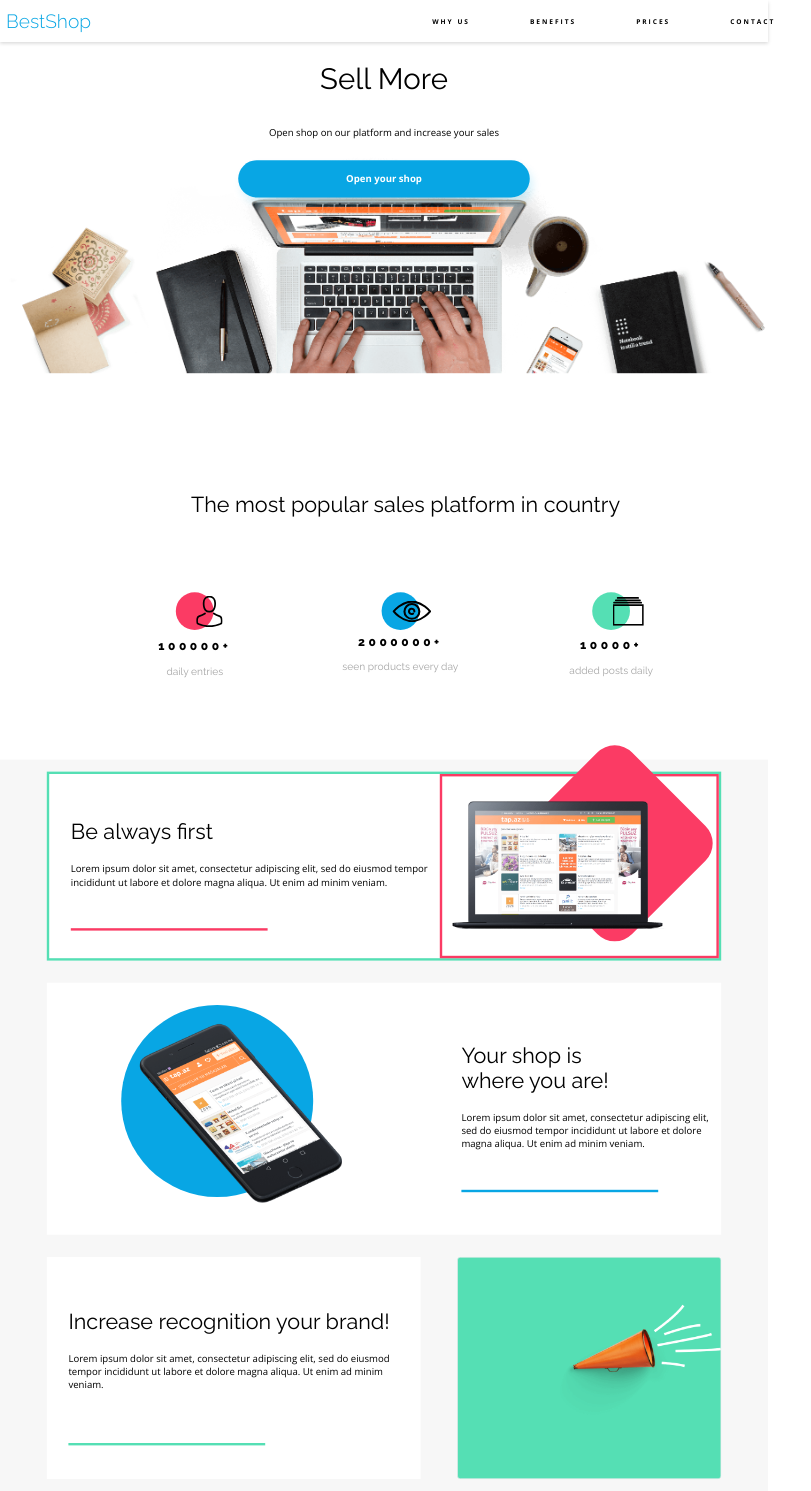
Repository: Widzisz/bestshop-website
Page: index.html
An editor plug-in stored every save of this project. The page is shown before and after the next save, followed by the edit.
The browser window is 1280 px wide. The page is 1352 px wide, so the pictures cover 1352 px, including what lies to the right of the window. The pictures show the whole page, at 60% of full size.

Above is the page before, as saved 2021-03-20 11:19:12.

After the next save:
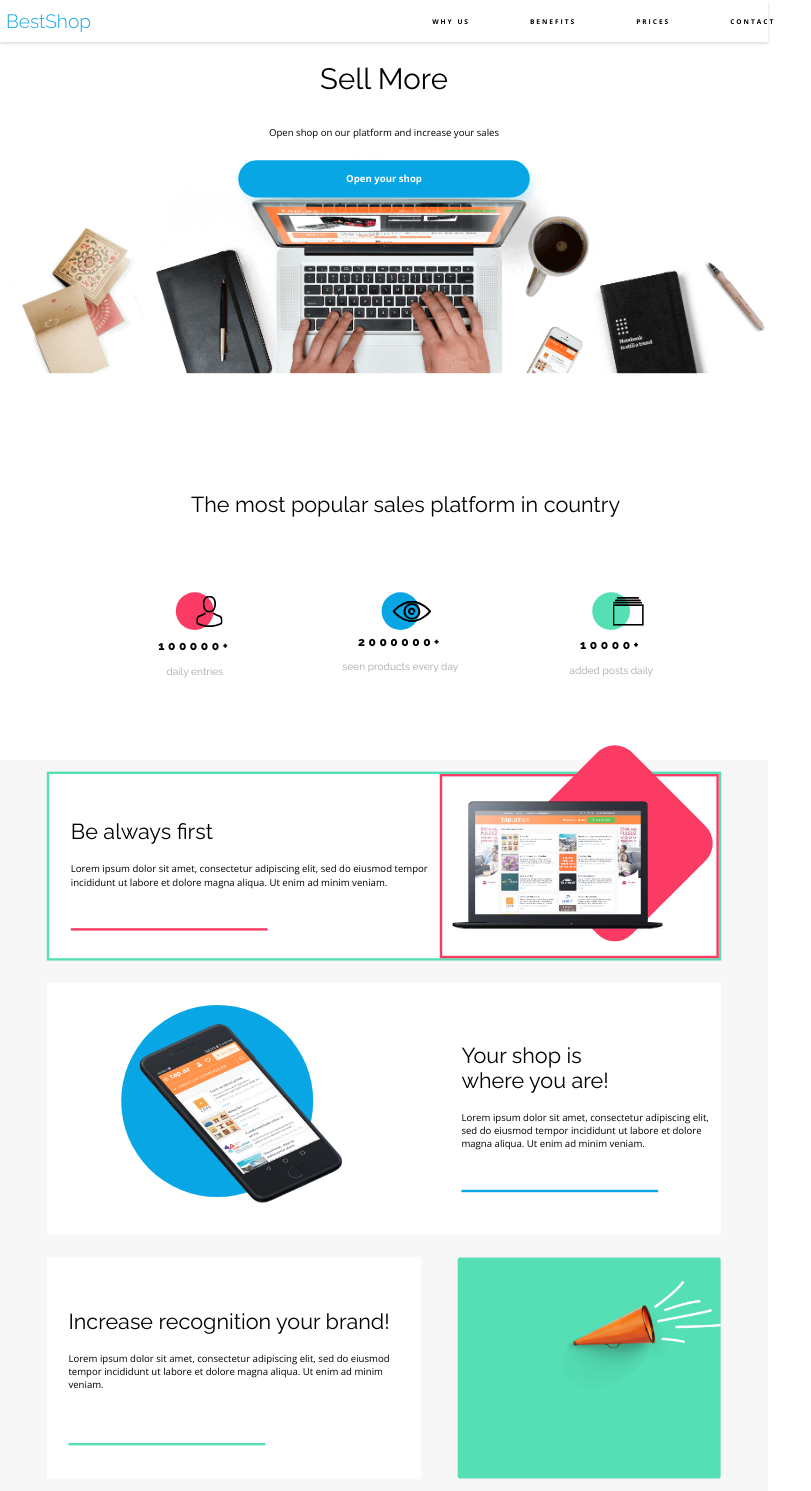
Saved 11 s later.
--- a/css/style.css
+++ b/css/style.css
@@ -445,6 +445,7 @@
   height: 208px;
   background: transparent;
   position: relative;
+  bottom: 40px;
   z-index: 1;
 }
 

After the save that followed:
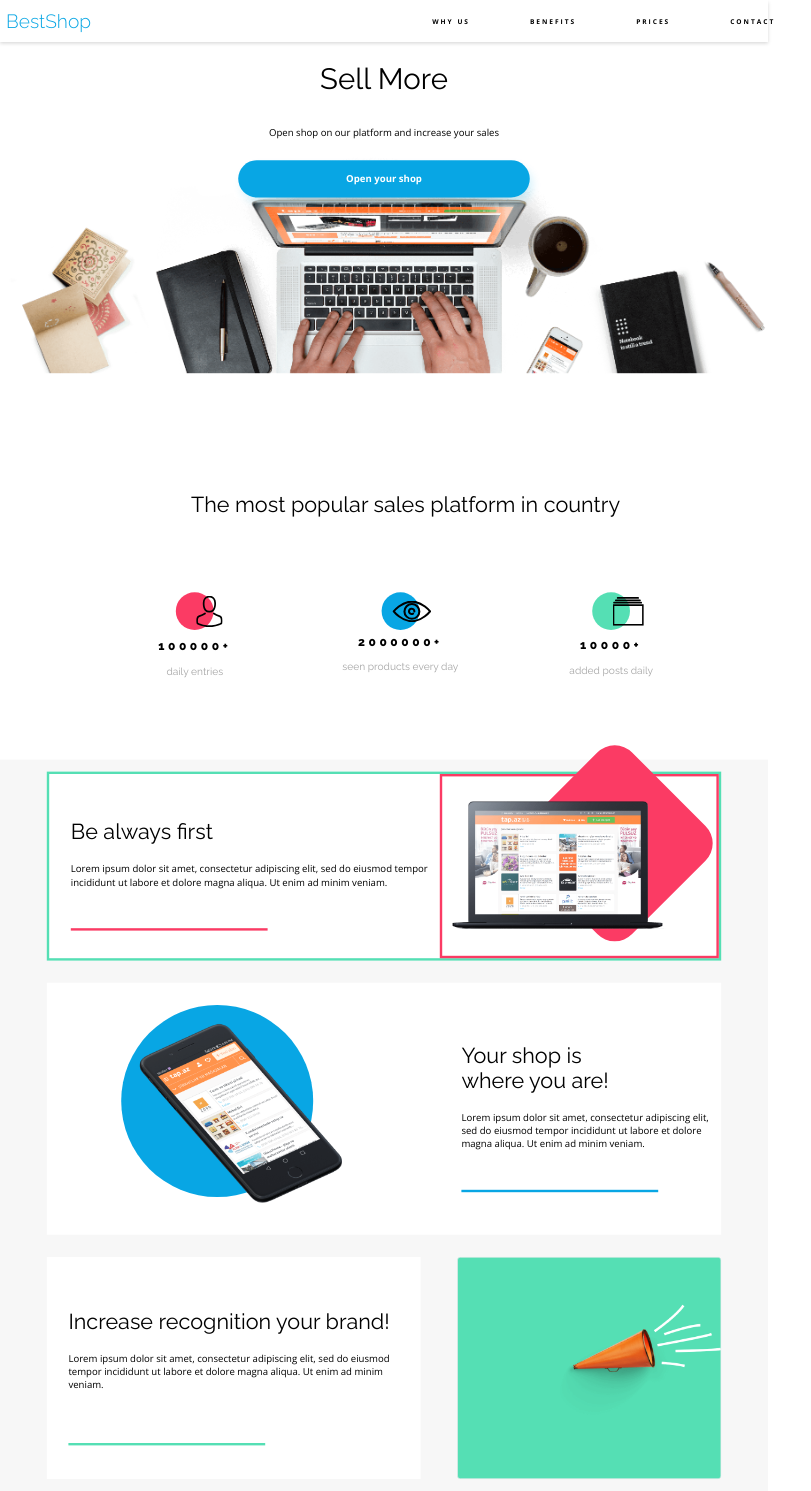
Saved 14 s later.
--- a/css/style.css
+++ b/css/style.css
@@ -445,7 +445,7 @@
   height: 208px;
   background: transparent;
   position: relative;
-  bottom: 40px;
+  top: center;
   z-index: 1;
 }
 
